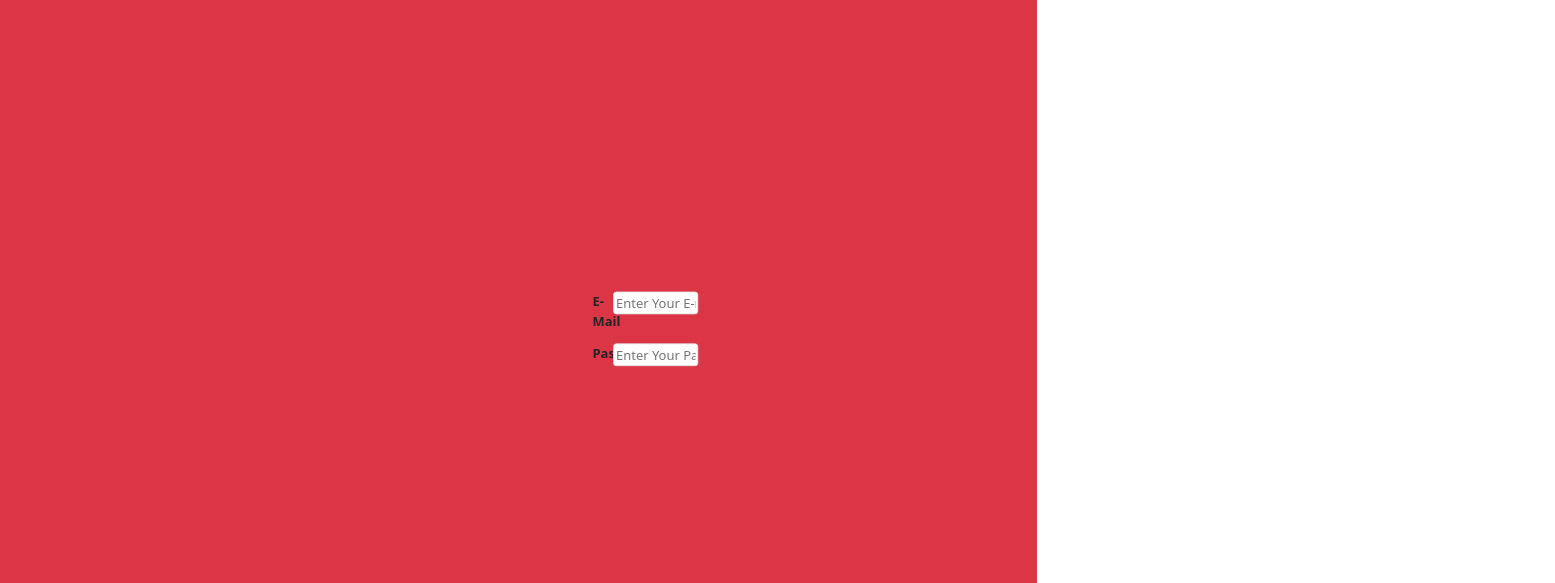
Repository: mariamkhaledsapra/E-Commerce-main
Page: /login
The author's editor kept a copy of each file at every save. The page is drawn from the files as they stood at one save, then again after the next save.
The browser window is 1280 px wide. The page is 1280 px wide, then 1920 px, so the pictures cover 1920 px, including what lies to the right of the window. The pictures show the whole page, at 81% of full size.
The project was rebuilt for these pictures with package versions that can differ from the ones it lists, and the page was loaded fresh each time. Also part of the build but not shown: src/App.css, src/components/Navbar.jsx, src/App.js.

Above is the page before, as saved 2024-02-13 21:48:01.

### public/index.html
<!DOCTYPE html>
<html lang="en">
  <head>
    <meta charset="utf-8" />
    <link rel="icon" href="%PUBLIC_URL%/favicon.ico" />
    <meta name="viewport" content="width=device-width, initial-scale=1" />
    <meta name="theme-color" content="#000000" />
    <meta
      name="description"
      content="Web site created using create-react-app"
    />
    <link href="https://cdn.jsdelivr.net/npm/bootstrap@5.1.3/dist/css/bootstrap.min.css" rel="stylesheet" integrity="sha384-1BmE4kWBq78iYhFldvKuhfTAU6auU8tT94WrHftjDbrCEXSU1oBoqyl2QvZ6jIW3" crossorigin="anonymous">

    <title>React App</title>
  </head>
  <body>
    <div id="root"></div>
  </body>
</html>

### src/index.js
import React from "react";
import ReactDOM from "react-dom/client";
import "./index.css";
import App from "./App";
import reportWebVitals from "./reportWebVitals";
import { createBrowserRouter, RouterProvider } from "react-router-dom";
import Login from "./components/Login";
import Navbar from "./components/Navbar";

const Routes = createBrowserRouter([
  {
    path: "/",
    element: <App />,
  },
  {
    path: "/login",
    element: <Login />,
  },
]);

const root = ReactDOM.createRoot(document.getElementById("root"));
root.render(
  <RouterProvider router={Routes}>
    <App />
  </RouterProvider>
);

reportWebVitals();

### src/index.css
.login{
  position: absolute;
  top: 50%;
  left: 50%;
  w-
}

### src/components/Login.jsx
import React from "react";

const Login = () => {
  return (
    <div className="bg-danger " style={{ height: "100vh" }}>
      {" "}
      <div className="login">
        {" "}
        <div className="mb-3  d-flex justify-content-center ">
          <label className="fw-bolder col-1">E-Mail</label>
          <div className="col-4">
            <input
              type="email"
              placeholder="Enter Your E-mail"
              className="w-100 border rounded"
            />
          </div>
        </div>
        <div className="mb-3  d-flex justify-content-center">
          <label className="fw-bolder col-1">Password</label>
          <div className="col-4">
            <input
              type="password"
              placeholder="Enter Your Password"
              className="w-100 border rounded"
            />
          </div>
        </div>
      </div>
    </div>
  );
};

export default Login;

Loaded but not shown: src/reportWebVitals.js (common file)

After the next save:
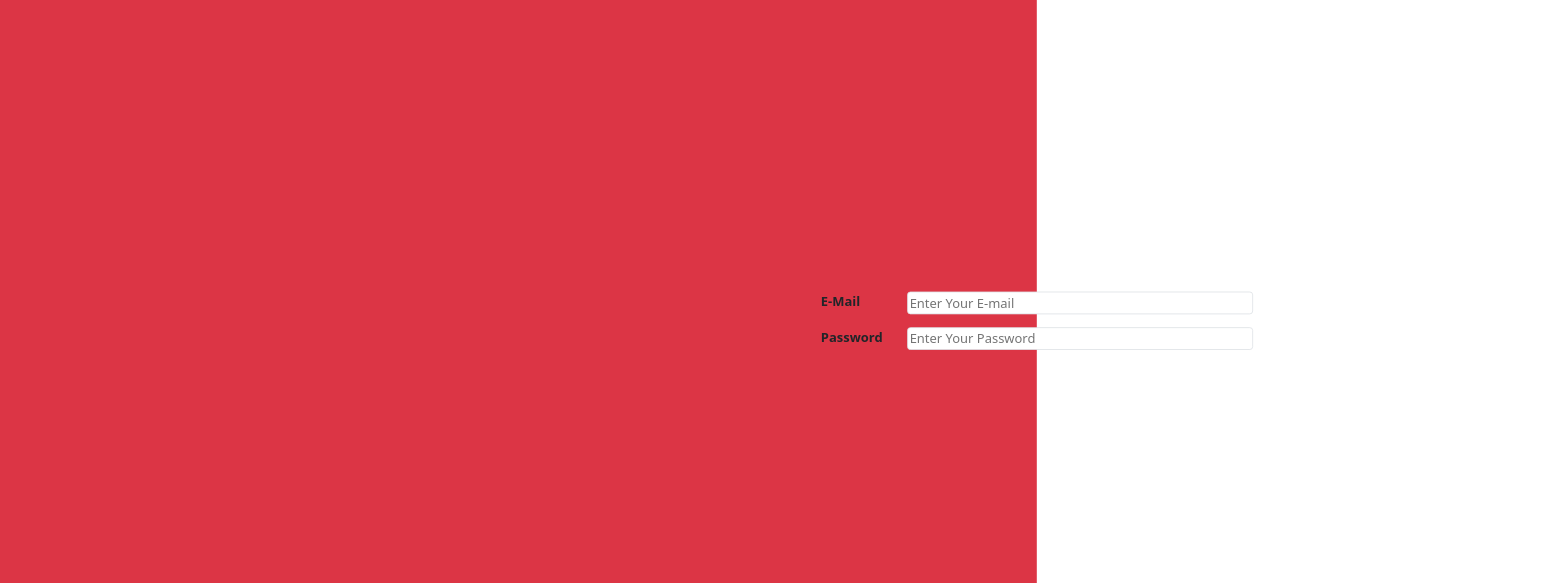
Saved 4 s later.
--- a/src/index.css
+++ b/src/index.css
@@ -2,5 +2,5 @@
   position: absolute;
   top: 50%;
   left: 50%;
-  w-
+  width: 100%;
 }
